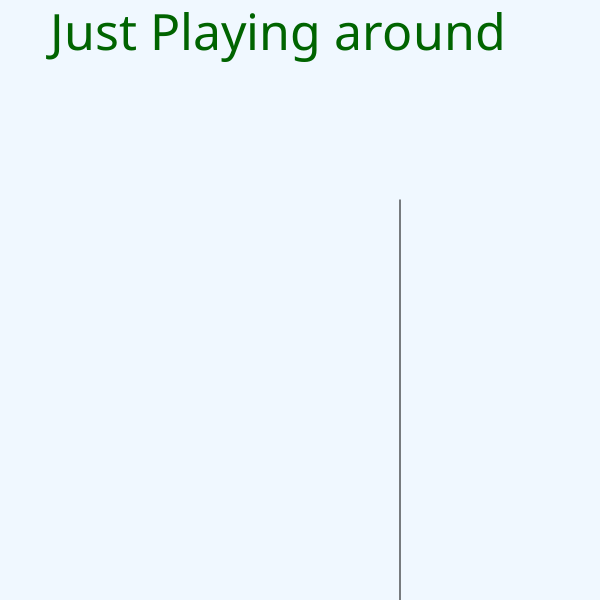
Repository: MaicDf/JavaFx_Playground
Program's window: java javaFxNotes/src/application/Main.java
An editor plug-in stored every save of this project. The program's window is shown before and after the next save, followed by the edit.
It runs on Java 21 on a 1366 x 768 screen with JavaFX 11; the title bar is not drawn.

Above is the program's window before, as saved 2024-11-25 12:54:16.

### javaFxNotes/src/application/Main.java
package application;

import javafx.application.Application;
import javafx.stage.Stage;
import javafx.scene.Group;
import javafx.scene.Scene;
import javafx.scene.image.Image;
import javafx.scene.input.KeyCombination;
import javafx.scene.layout.BorderPane;
import javafx.scene.paint.Color;
import javafx.scene.shape.Line;
import javafx.scene.shape.Rectangle;
import javafx.scene.text.Font;
import javafx.scene.text.Text;

public class Main extends Application {

	@Override
	public void start(Stage mainStage) throws Exception {
		Stage stage1 = new Stage();
		Group root = new Group();// grupo de nodos
		Scene scene1 = new Scene(root,600,600, Color.ALICEBLUE);

		Text text=new Text();
		text.setText("Just Playing around");
		text.setX(50);
		text.setY(50);
		text.setFont(Font.font("Verdana",50));
		text.setFill(Color.DARKGREEN);


		Line line=new Line();
		line.setStartX(400);
		line.setStartY(200);
		line.setEndX(400);
		line.setEndY(600);

		Rectangle rectangle=new Rectangle();

		rectangle.setX(100);
		rectangle.setY(100);
		rectangle.setWidth(100);
		rectangle.setHeight(100);

		root.getChildren().add(text);
		root.getChildren().add(line);

		stage1.setScene(scene1);
		stage1.show();

		/*
		 * Image icon = new Image("Maybe a tatto.jfif"); stage1.getIcons().add(icon);
		 * stage1.setTitle("Playground w00tw005"); stage1.setScene(scene1);
		 * stage1.setWidth(400); stage1.setHeight(600); stage1.setX(0); stage1.setY(0);
		 * stage1.setFullScreen(true); stage1.setFullScreenExitHint("No Scape");
		 * stage1.setFullScreenExitKeyCombination(KeyCombination.valueOf("Q"));
		 */

	}

	public static void main(String[] args) {
		launch(args); // call start method
	}

}
/*
 * Apuntes. Stage: Top level container - Scene: next,smaller layer - nodes:
 * media content inside each scene.
 */

After the next save:
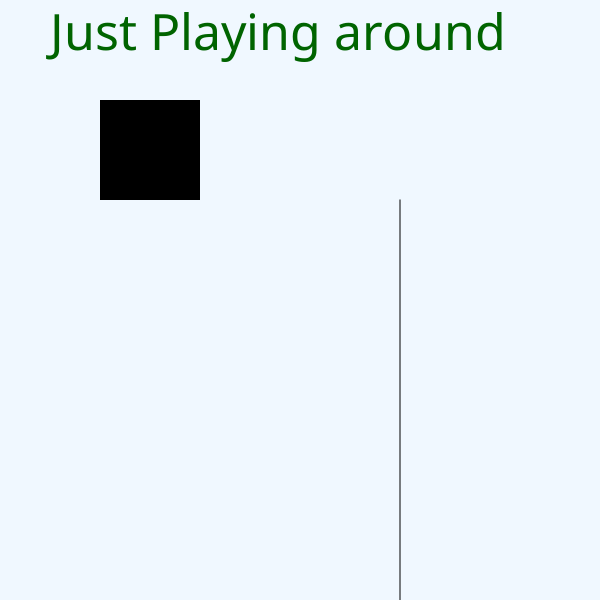
Saved 10 s later.
--- a/javaFxNotes/src/application/Main.java
+++ b/javaFxNotes/src/application/Main.java
@@ -42,6 +42,7 @@
 		rectangle.setWidth(100);
 		rectangle.setHeight(100);
 
+		root.getChildren().add(rectangle);
 		root.getChildren().add(text);
 		root.getChildren().add(line);
 
